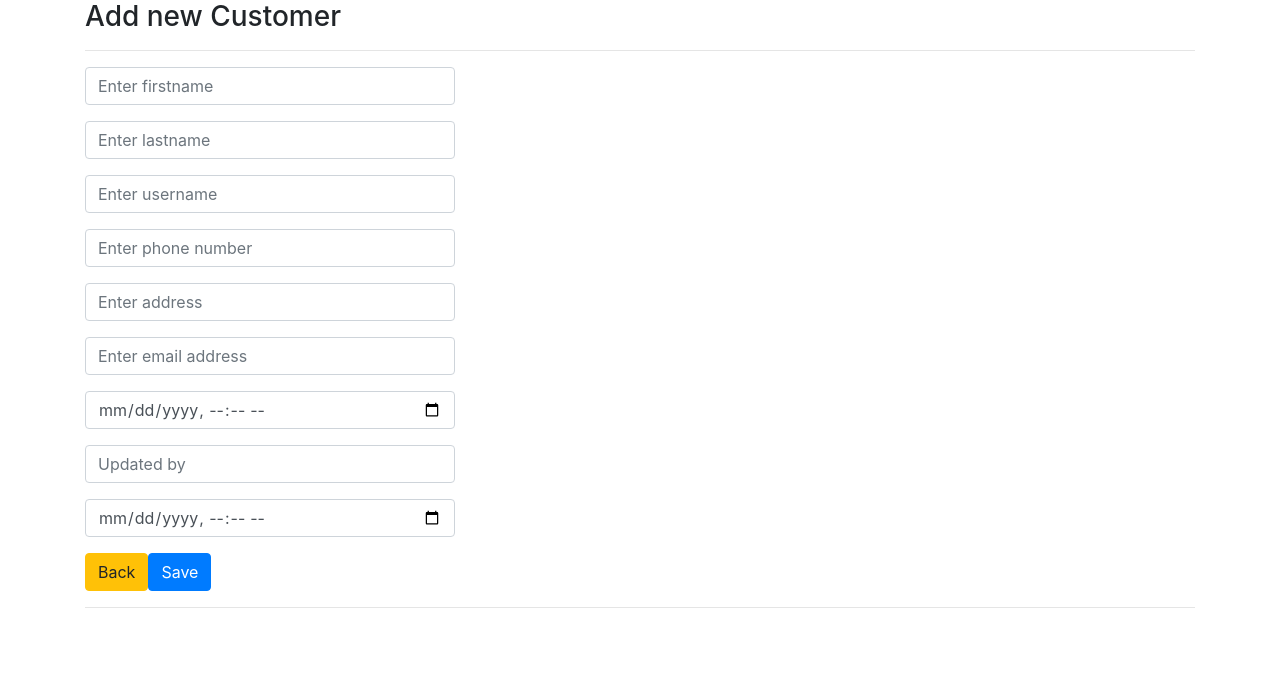
Repository: messimacky/Movie-Rental-System-Front-End
Page: /add-customer
An editor plug-in stored every save of this project. The page is shown before and after the next save, followed by the edit.
The browser window is 1280 px wide. The pictures show the whole page.
The project was rebuilt for these pictures with package versions that can differ from the ones it lists, and the page was loaded fresh each time. Also part of the build but not shown: src/services/movie.service.js, src/components/AddMovie.js, src/components/MoviesList.js, src/components/NotFound.js, src/components/login/Login.js, src/components/CustomerList.js, src/services/rental.service.js, src/components/RentalsList.js and 4 more.

Above is the page before, as saved 2022-04-21 15:04:35.

### src/App.js
import { BrowserRouter as Router, Switch, Route } from 'react-router-dom';
import AddMovie from './components/AddMovie';
import MoviesList from "./components/MoviesList";
import NotFound from "./components/NotFound";
import Login from './components/login/Login';
import AddCustomer from './components/AddCustomer'
import CustomersList from './components/CustomerList';
import RentalsList from './components/RentalsList';
import AddRental from './components/AddRental';
import Home from './components/Home';
import Signup from './components/signup/Signup';
function App() {
  return (
    <Router>
      <div>
        <Switch>

          <Route exact path="/" component={Home} />
          <Route exact path="/movies" component={MoviesList} />
          <Route path="/add-movie" component={AddMovie} />
          <Route path="/movies/edit/:id" component={AddMovie} />




          <Route exact path="/customers" component={CustomersList} />
          <Route path="/add-customer" component={AddCustomer} />
          <Route path="/customers/edit/:id" component={AddCustomer} />



          <Route path="/login" component={Login} />
          <Route path="/signup" component={Signup} />


          <Route exact path="/rentals" component={RentalsList} />
          <Route exact path="/add-rental" component={AddRental} />
          <Route path="/rentals/edit/:id" component={AddRental} />


          <Route path="*" component={NotFound} />
        </Switch>
      </div>
    </Router>
  )
}

export default App;

### src/components/AddCustomer.js
import { Dropdown } from "bootstrap";
import { useEffect, useState } from "react";
import { useParams } from "react-router-dom";
import { Link } from "react-router-dom";
import { useHistory } from "react-router-dom";
import customerService from "../services/customer.service";
import './AddCustomer.css';

const AddCustomer = () => {

    // const [id, setId] = useState('');
    const [first_name, setFirstname] = useState('');
    const [last_name, setLastname] = useState('');
    const [username, setUsername] = useState('');
    const [phone, setPhone] = useState('');
    const [address, setAddress] = useState('');
    const [email, setEmail] = useState('');
    const [created_by, setCreatedBy] = useState('');
    const [created_date, setCreatedDate] = useState('');
    const [updated_by, setUpdateddBy] = useState('');
    const [updated_date, setUpdatedDate] = useState('');







    const history = useHistory();
    const { id } = useParams();



    const saveCustomer = (e) => {
        e.preventDefault();
        const customer = { first_name, last_name, username, phone, address, email, created_date, created_by, updated_by, updated_date };
        if (id) {
            //update records
            customerService.update(customer)
                .then(response => {
                    console.log("customer added succesfully", response.data);
                    history.push('/customers');
                })
                .catch(error => {
                    console.log("Something went wrong", error);
                });

        } else {
            //create record
            customerService.create(customer)
                .then(response => {
                    console.log("Customer added succesfully", response.data);
                    history.push('/customers');
                })
                .catch(error => {
                    console.log("Something get wrong", error);
                });
        }

    }
    useEffect(() => {
        if (id) {
            customerService.get(id)
                .then(customer => {
                    setFirstname(customer.data.first_name);
                    setLastname(customer.data.last_name);
                    setUsername(customer.data.username);
                    setPhone(customer.data.phone);
                    setAddress(customer.data.address);
                    setEmail(customer.data.email);
                    setCreatedBy(customer.date.created_by);
                    setCreatedDate(customer.data.created_date);
                    setUpdateddBy(customer.data.updated_by);
                    setUpdatedDate(customer.data.updated_date);



                })
                .catch(error => {
                    console.log("Something went wrong", error);
                });
        }
    }, [])

    return (
        <div className="container">
            <h3>Add new Customer</h3>
            <hr />
            <form>
                <div className="form-group">
                    <input
                        type="text"
                        className="form-control col-4"
                        id="firstname"
                        value={first_name}
                        onChange={(e) => setFirstname(e.target.value)}
                        placeholder="Enter firstname"
                    />
                </div>
                <div className="form-group">
                    <input
                        type="text"
                        className="form-control col-4"
                        id="lastname"
                        value={last_name}
                        onChange={(e) => setLastname(e.target.value)}
                        placeholder="Enter lastname"
                    />
                </div>

                <div className="form-group">
                    <input
                        type="text"
                        className="form-control col-4"
                        id="username"
                        value={username}
                        onChange={(e) => setUsername(e.target.value)}
                        placeholder="Enter username"
                    />
                </div>

                <div className="form-group">
                    <input
                        type="tel"
                        className="form-control col-4"
                        id="phone"
                        value={phone}
                        onChange={(e) => setPhone(e.target.value)}
                        placeholder="Enter phone number"
                    />
                </div>


                <div className="form-group">
                    <input
                        type="text"
                        className="form-control col-4"
                        id="address"
                        value={address}
                        onChange={(e) => setAddress(e.target.value)}
                        placeholder="Enter address"
                    />
                </div>


                <div className="form-group">
                    <input
                        type="email"
                        className="form-control col-4"
                        id="email"
                        value={email}
                        onChange={(e) => setEmail(e.target.value)}
                        placeholder="Enter email address"
                    />
                </div>


                <div class="dropdown-menu" aria-labelledby="dropdownMenuLink">
                    <a class="dropdown-item" href="#">Action</a>
                    <a class="dropdown-item" href="#">Another action</a>
                    <a class="dropdown-item" href="#">Something else here</a>
                </div>


                <div className="form-group">
                    <input
                        type="datetime-local"
                        className="form-control col-4"
                        id="createddate"
                        value={created_date}
                        onChange={(e) => setCreatedDate(e.target.value)}
                        placeholder="Created Date"
                    />
                </div>




                <div className="form-group">
                    <input
                        type="text"
                        className="form-control col-4"
                        id="updatedby"
                        value={updated_by}
                        onChange={(e) => setUpdateddBy(e.target.value)}
                        placeholder="Updated by"
                    />
                </div>


                <div className="form-group">
                    <input
                        type="datetime-local"
                        className="form-control col-4"
                        id="updateddate"
                        value={updated_date}
                        onChange={(e) => setUpdatedDate(e.target.value)}
                        placeholder="Updated Date"
                    />
                </div>



                <div>
                    <Link className="btn btn-warning" to="/customers">Back</Link>
                    <button className="btn btn-primary" onClick={(e) => saveCustomer(e)}>Save</button>


                </div>
            </form>
            <hr />

        </div>
    );
}

export default AddCustomer;

### src/components/login/Login.css
body {
    margin: 0;
    padding: 0;
    /* font-family: sans-serif; */
    background-size: cover;
    background-repeat: no-repeat;
}



.form {
    position: absolute;
    top: 50%;
    left: 50%;
    border: none;
    transform: translate(-50%, -50%);
    width: 400px;
    min-height: 450px;
    background-color: #fff;
    box-shadow: 0 15px 50px rgba(0, 0, 0, 0.5);
    padding: 50px;
    box-sizing: border-box;

    /* background: url(data:[embedded picture, 5679 characters]); */
    /* background: url(https://picsum.photos/3000/2000/?image=1015); */



}

.form h2 {
    margin-left: 60px;
    margin-top: 40px;
    color: white;
    /* margin: 30 0 40px; */
    padding: 0;
    color: black;
}

.form .input-box {
    position: relative;
    margin: 5px 0;
}

.form .input-box input {
    width: 100%;
    font-size: px;
    border: none;
    border-bottom: 2px solid #777;
    outline: none;
    padding: 10px;
    padding-left: 30px;
    box-sizing: border-box;
    font-weight: bold;
    color: #777;
}

.form .input-box input:focus,
.form .input-box input:valid {
    border-bottom-color: #03a9f4;
}

.form .input-box .fa {
    position: absolute;
    top: 8px;
    left: 5px;
    font-size: 18px;
    color: #777;
}

.form .input-box input[type="submit"] {
    border: none;
    cursor: pointer;
    background-color: #03a9f4;
    color: #fff;
    font-weight: bold;
    transition: 0.5s;
}

.form .input-box input[type="submit"]:hover {
    background-color: #ff4987;

}

.form a {
    text-decoration: none;
    color: black;

    margin-top: 4px;
    margin-left: 170px;
    /* font-weight: bold; */
    display: inline-block;
    transition: 0.5s;
}


.submit {
    margin-top: 30px;
    margin-left: 30px;


}

.form a {
    margin-top: 20px;
    margin-left: 50px;
    color: black;
    color: blue;
}

.form button {
    margin-top: 10px;
    margin-left: 50px;
    color: black;
    outline: invert;

}

.form button :hover {

    color: blue;
}

### src/services/customer.service.js
import httpClient from '../http-common';

const getAll = () => {
    return httpClient.get('/customers');
}

const create = (data) => {
    return httpClient.post("/customers", data);
}

const get = id => {
    return httpClient.get(`/customers/${id}`);
}

const update = (data) => {
    return httpClient.put('/customers', data);
}

const remove = id => {
    return httpClient.delete(`/customers/${id}`);
}

export default { getAll, create, get, update, remove };

### src/components/AddCustomer.css
body {
    margin: 0;
    padding: 0;
    /* font-family: sans-serif; */
    background-size: cover;
    background-repeat: no-repeat;
}



.form {
    position: absolute;
    top: 50%;
    left: 50%;
    border: none;
    transform: translate(-50%, -50%);
    width: 400px;
    min-height: 450px;
    background-color: #fff;
    box-shadow: 0 15px 50px rgba(0, 0, 0, 0.5);
    padding: 50px;
    box-sizing: border-box;

    /* background: url(data:[embedded picture, 5679 characters]); */
    /* background: url(https://picsum.photos/3000/2000/?image=1015); */



}

.form h2 {
    margin-left: 60px;
    margin-top: 40px;
    color: white;
    /* margin: 30 0 40px; */
    padding: 0;
    color: black;
}

.form .input-box {
    position: relative;
    margin: 5px 0;
}

.form .input-box input {
    width: 100%;
    font-size: px;
    border: none;
    border-bottom: 2px solid #777;
    outline: none;
    padding: 10px;
    padding-left: 30px;
    box-sizing: border-box;
    font-weight: bold;
    color: #777;
}

.form .input-box input:focus,
.form .input-box input:valid {
    border-bottom-color: #03a9f4;
}

.form .input-box .fa {
    position: absolute;
    top: 8px;
    left: 5px;
    font-size: 18px;
    color: #777;
}

.form .input-box input[type="submit"] {
    border: none;
    cursor: pointer;
    background-color: #03a9f4;
    color: #fff;
    font-weight: bold;
    transition: 0.5s;
}

.form .input-box input[type="submit"]:hover {
    background-color: #ff4987;

}

.form a {
    text-decoration: none;
    color: black;

    margin-top: 4px;
    margin-left: 170px;
    /* font-weight: bold; */
    display: inline-block;
    transition: 0.5s;
}


.submit {
    margin-top: 30px;
    margin-left: 30px;


}

.form a {
    margin-top: 20px;
    margin-left: 50px;
    color: black;
    color: blue;
}

.form button {
    margin-top: 10px;
    margin-left: 50px;
    color: black;
    outline: invert;

}

.form button :hover {

    color: blue;
}

### src/components/signup/Signup.css
body {
    margin: 0;
    padding: 0;
    /* font-family: sans-serif; */
    background-size: cover;
    background-repeat: no-repeat;
}



.form {
    position: absolute;
    top: 50%;
    left: 50%;
    border: none;
    transform: translate(-50%, -50%);
    width: 400px;
    min-height: 450px;
    background-color: #fff;
    box-shadow: 0 15px 50px rgba(0, 0, 0, 0.5);
    padding: 50px;
    box-sizing: border-box;

    /* background: url(data:[embedded picture, 5679 characters]); */
    /* background: url(https://picsum.photos/3000/2000/?image=1015); */



}

.form h2 {
    margin-left: 60px;
    margin-top: 40px;
    color: white;
    /* margin: 30 0 40px; */
    padding: 0;
    color: black;
}

.form .input-box {
    position: relative;
    margin: 5px 0;
}

.form .input-box input {
    width: 100%;
    font-size: px;
    border: none;
    border-bottom: 2px solid #777;
    outline: none;
    padding: 10px;
    padding-left: 30px;
    box-sizing: border-box;
    font-weight: bold;
    color: #777;
}

.form .input-box input:focus,
.form .input-box input:valid {
    border-bottom-color: #03a9f4;
}

.form .input-box .fa {
    position: absolute;
    top: 8px;
    left: 5px;
    font-size: 18px;
    color: #777;
}

.form .input-box input[type="submit"] {
    border: none;
    cursor: pointer;
    background-color: #03a9f4;
    color: #fff;
    font-weight: bold;
    transition: 0.5s;
}

.form .input-box input[type="submit"]:hover {
    background-color: #ff4987;

}

.form a {
    text-decoration: none;
    color: black;

    margin-top: 4px;
    margin-left: 170px;
    /* font-weight: bold; */
    display: inline-block;
    transition: 0.5s;
}


.submit {
    margin-top: 30px;
    margin-left: 30px;


}

.form a {
    margin-top: 20px;
    margin-left: 50px;
    color: black;
    color: blue;
}

.form button {
    margin-top: 10px;
    margin-left: 50px;
    color: black;
    outline: invert;

}

.form button :hover {

    color: blue;
}

### src/http-common.js
import axios from "axios";


export default axios.create({
    baseURL: 'http://localhost:8080',
    headers: {
        'Content_Type': 'application/json'
    }

});

Loaded but not shown: public/index.html (common file); src/index.js (common file); src/index.css (common file); src/reportWebVitals.js (common file)

After the next save:
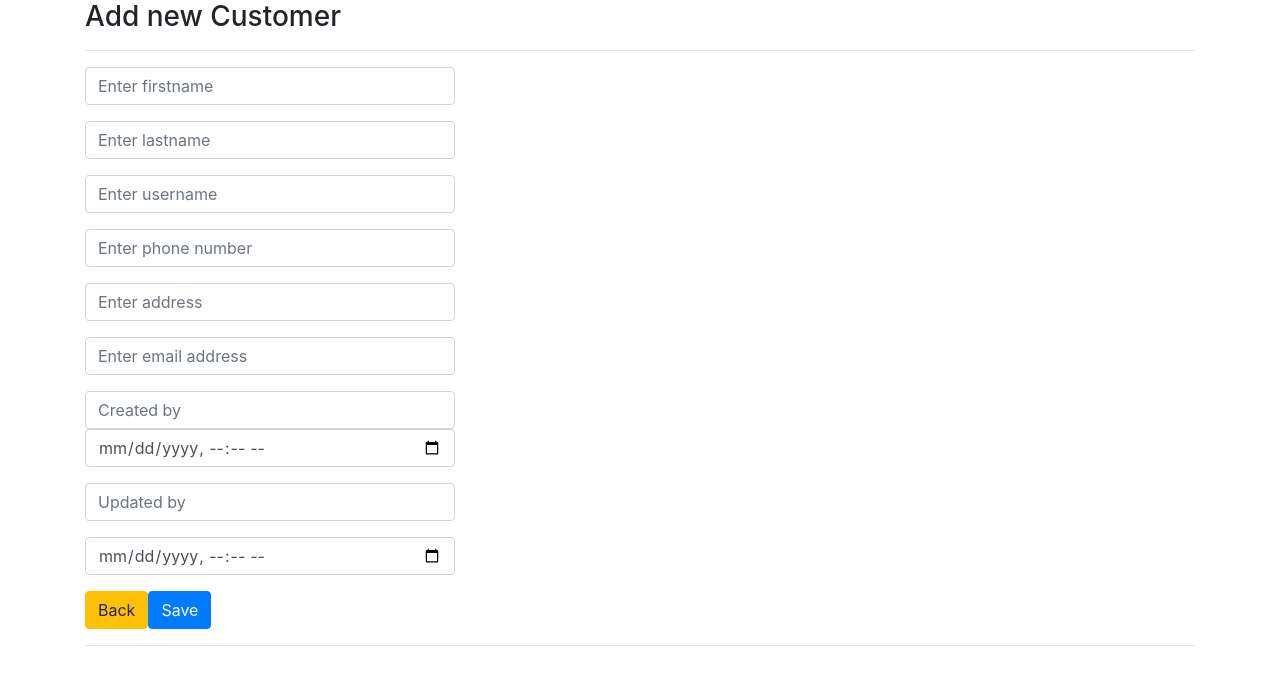
Saved 54 s later.
--- a/src/components/AddCustomer.js
+++ b/src/components/AddCustomer.js
@@ -155,12 +155,15 @@ const AddCustomer = () => {
                 </div>
 
 
-                <div class="dropdown-menu" aria-labelledby="dropdownMenuLink">
-                    <a class="dropdown-item" href="#">Action</a>
-                    <a class="dropdown-item" href="#">Another action</a>
-                    <a class="dropdown-item" href="#">Something else here</a>
-                </div>
-
+
+                <input
+                    type="text"
+                    className="form-control col-4"
+                    id="createdby"
+                    value={created_by}
+                    onChange={(e) => setCreatedBy(e.target.value)}
+                    placeholder="Created by"
+                />
 
                 <div className="form-group">
                     <input
